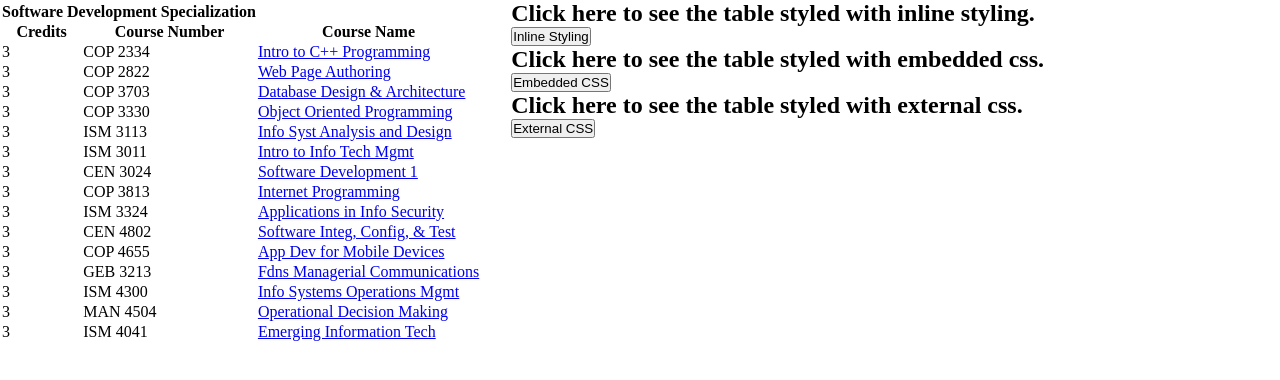
Repository: mlmEFSC21/P5-DegreeTableStyling
Page: index.html
An editor plug-in stored every save of this project. The page is shown before and after the next save, followed by the edit.
The browser window is 1280 px wide. The pictures show the whole page.

Above is the page before, as saved 2022-02-09 14:17:05.

### index.html
<!DOCTYPE html>
<html lang="en">
    <head>
        <meta charset="UTF-8" />
        <meta http-equiv="X-UA-Compatible" content="IE=edge" />
        <meta name="viewport" content="width=device-width, initial-scale=1.0" />
        <title>Degree Specialization Table</title>
        <link rel="stylesheet" href="Styles.css" />
    </head>
    <body>
        <section class="flexContainer">
            <table>
                <thead>
                    <tr>
                        <th colspan="2">Software Development Specialization</th>
                    </tr>
                    <tr>
                        <th>Credits</th>
                        <th>Course Number</th>
                        <th>Course Name</th>
                    </tr>
                </thead>
                <tbody>
                    <tr>
                        <td>3</td>
                        <td>COP 2334</td>
                        <td>
                            <a
                                href="https://bannerweb.easternflorida.edu/prod/bwckctlg.p_disp_course_detail?cat_term_in=202210&subj_code_in=COP&crse_numb_in=2334"
                                >Intro to C++ Programming</a
                            >
                        </td>
                    </tr>
                    <tr>
                        <td>3</td>
                        <td>COP 2822</td>
                        <td>
                            <a
                                href="https://bannerweb.easternflorida.edu/prod/bwckctlg.p_disp_course_detail?cat_term_in=202210&subj_code_in=COP&crse_numb_in=2822"
                                >Web Page Authoring</a
                            >
                        </td>
                    </tr>
                    <tr>
                        <td>3</td>
                        <td>COP 3703</td>
                        <td>
                            <a
                                href="https://bannerweb.easternflorida.edu/prod/bwckctlg.p_disp_course_detail?cat_term_in=202210&subj_code_in=COP&crse_numb_in=3703"
                                >Database Design & Architecture</a
                            >
                        </td>
                    </tr>
                    <tr>
                        <td>3</td>
                        <td>COP 3330</td>
                        <td>
                            <a
                                href="https://bannerweb.easternflorida.edu/prod/bwckctlg.p_disp_course_detail?cat_term_in=202210&subj_code_in=COP&crse_numb_in=3330"
                                >Object Oriented Programming</a
                            >
                        </td>
                    </tr>
                    <tr>
                        <td>3</td>
                        <td>ISM 3113</td>
                        <td>
                            <a
                                href="https://bannerweb.easternflorida.edu/prod/bwckctlg.p_disp_course_detail?cat_term_in=202210&subj_code_in=ISM&crse_numb_in=3113"
                                >Info Syst Analysis and Design</a
                            >
                        </td>
                    </tr>
                    <tr>
                        <td>3</td>
                        <td>ISM 3011</td>
                        <td>
                            <a
                                href="https://bannerweb.easternflorida.edu/prod/bwckctlg.p_disp_course_detail?cat_term_in=202210&subj_code_in=ISM&crse_numb_in=3011"
                                >Intro to Info Tech Mgmt</a
                            >
                        </td>
                    </tr>
                    <tr>
                        <td>3</td>
                        <td>CEN 3024</td>
                        <td>
                            <a
                                href="https://bannerweb.easternflorida.edu/prod/bwckctlg.p_disp_course_detail?cat_term_in=202210&subj_code_in=CEN&crse_numb_in=3024"
                                >Software Development 1</a
                            >
                        </td>
                    </tr>
                    <tr>
                        <td>3</td>
                        <td>COP 3813</td>
                        <td>
                            <a
                                href="https://bannerweb.easternflorida.edu/prod/bwckctlg.p_disp_course_detail?cat_term_in=202210&subj_code_in=COP&crse_numb_in=3813"
                                >Internet Programming</a
                            >
                        </td>
                    </tr>
                    <tr>
                        <td>3</td>
                        <td>ISM 3324</td>
                        <td>
                            <a
                                href="https://bannerweb.easternflorida.edu/prod/bwckctlg.p_disp_course_detail?cat_term_in=202210&subj_code_in=ISM&crse_numb_in=3324"
                                >Applications in Info Security</a
                            >
                        </td>
                    </tr>
                    <tr>
                        <td>3</td>
                        <td>CEN 4802</td>
                        <td>
                            <a
                                href="https://bannerweb.easternflorida.edu/prod/bwckctlg.p_disp_course_detail?cat_term_in=202210&subj_code_in=CEN&crse_numb_in=4802"
                                >Software Integ, Config, & Test</a
                            >
                        </td>
                    </tr>
                    <tr>
                        <td>3</td>
                        <td>COP 4655</td>
                        <td>
                            <a
                                href="https://bannerweb.easternflorida.edu/prod/bwckctlg.p_disp_course_detail?cat_term_in=202210&subj_code_in=COP&crse_numb_in=4655"
                                >App Dev for Mobile Devices</a
                            >
                        </td>
                    </tr>
                    <tr>
                        <td>3</td>
                        <td>GEB 3213</td>
                        <td>
                            <a
                                href="https://bannerweb.easternflorida.edu/prod/bwckctlg.p_disp_course_detail?cat_term_in=202210&subj_code_in=GEB&crse_numb_in=3213"
                                >Fdns Managerial Communications</a
                            >
                        </td>
                    </tr>
                    <tr>
                        <td>3</td>
                        <td>ISM 4300</td>
                        <td>
                            <a
                                href="https://bannerweb.easternflorida.edu/prod/bwckctlg.p_disp_course_detail?cat_term_in=202210&subj_code_in=ISM&crse_numb_in=4300"
                                >Info Systems Operations Mgmt</a
                            >
                        </td>
                    </tr>
                    <tr>
                        <td>3</td>
                        <td>MAN 4504</td>
                        <td>
                            <a
                                href="https://bannerweb.easternflorida.edu/prod/bwckctlg.p_disp_course_detail?cat_term_in=202210&subj_code_in=MAN&crse_numb_in=4504"
                                >Operational Decision Making</a
                            >
                        </td>
                    </tr>
                    <tr>
                        <td>3</td>
                        <td>ISM 4041</td>
                        <td>
                            <a
                                href="https://bannerweb.easternflorida.edu/prod/bwckctlg.p_disp_course_detail?cat_term_in=202210&subj_code_in=ISM&crse_numb_in=4041"
                                >Emerging Information Tech</a
                            >
                        </td>
                    </tr>
                </tbody>
            </table>
        <section>
            <h2>Click here to see the table styled with inline styling.</h2>
            <button onclick="window.location.href='FormattedProgramSpecialization1.html'">
                Inline Styling
            </button>
            <h2>Click here to see the table styled with embedded css.</h2>
            <button onclick="window.location.href='FormattedProgramSpecialization2.html'">
                Embedded CSS
            </button>
            <h2>Click here to see the table styled with external css.</h2>
            <button onclick="window.location.href='FormattedProgramSpecialization3.html'">
                External CSS
            </button>
        </section>
    </body>
</html>

### Styles.css
*,
*::before,
*::after {
    margin: 0;
    padding: 0;
    box-sizing: border-box;
}
.tableContainer {
    align-content: center;
}
.flexContainer {
    display: flex;
    gap: 15px 30px;
    align-items: baseline;
    align-content: space-between;
}

After the next save:
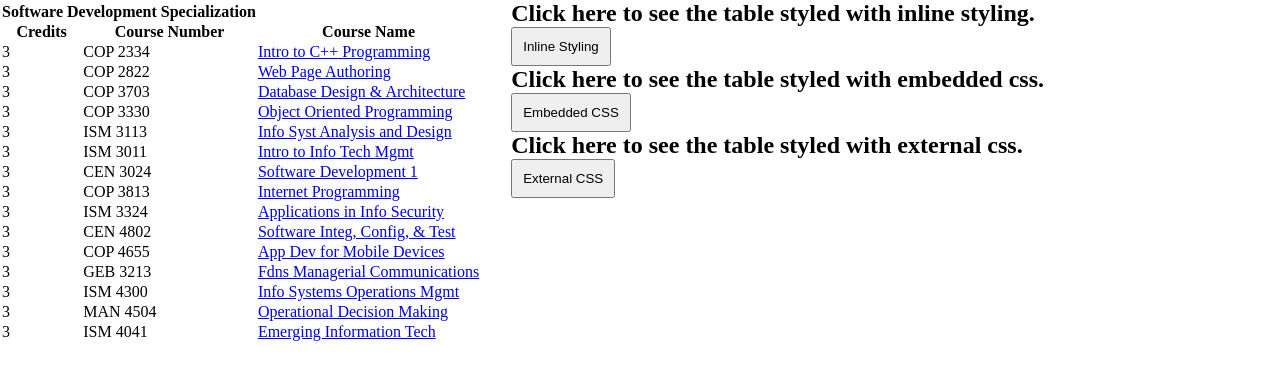
Saved 116 s later.
--- a/Styles.css
+++ b/Styles.css
@@ -14,3 +14,6 @@
     align-items: baseline;
     align-content: space-between;
 }
+button {
+    padding: 10px;
+}
